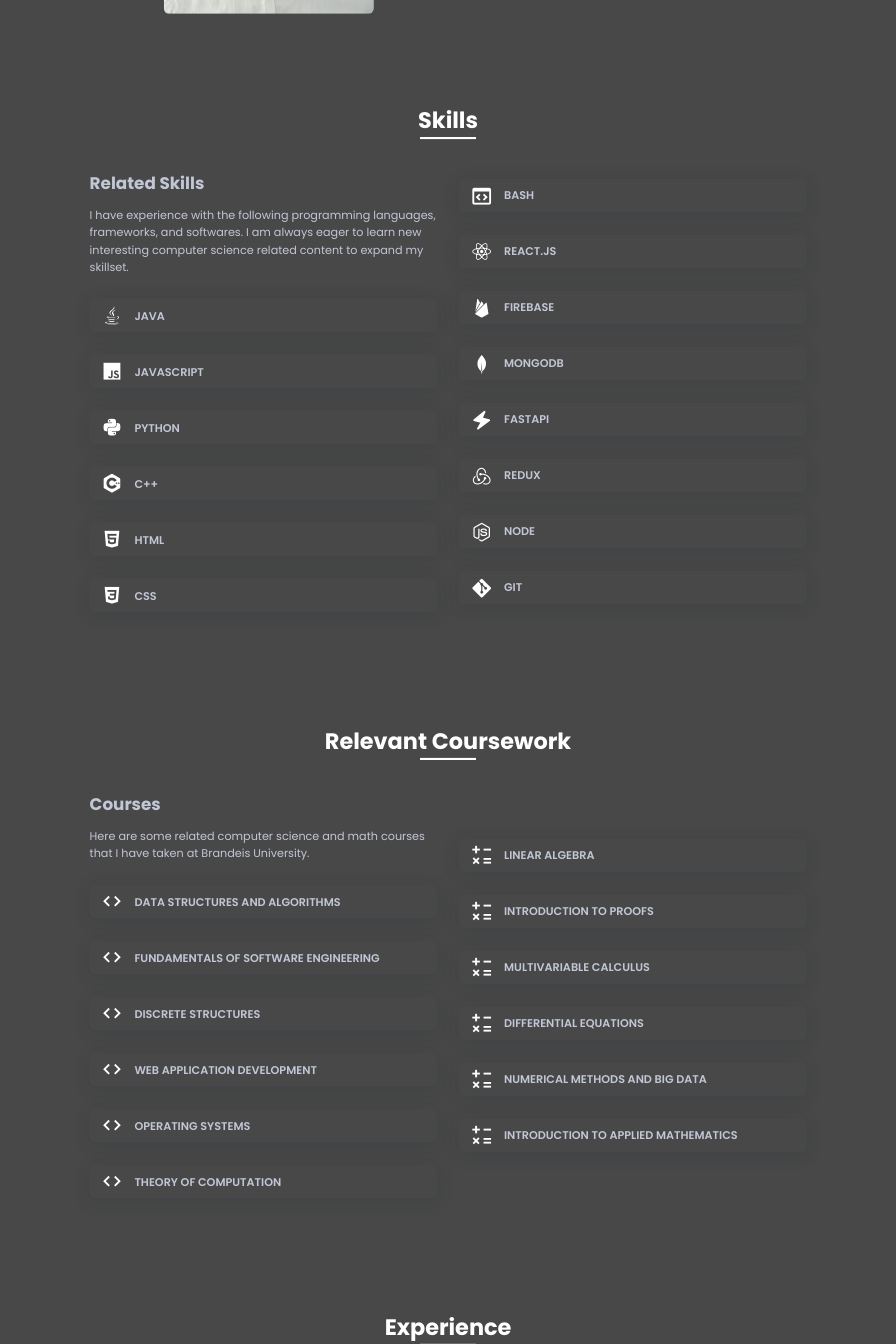
Repository: joshliu14/joshliu14.github.io
Page: index.html
An editor plug-in stored every save of this project. The page is shown before and after the next save, followed by the edit.
The browser window is 1280 px wide. The pictures show the part of the page from y = 1094 to 3014 px (the page is 5457 px tall before and 5434 px after), at 70% of full size.

Above is the page before, as saved 2024-02-01 03:24:28.

After the next save:
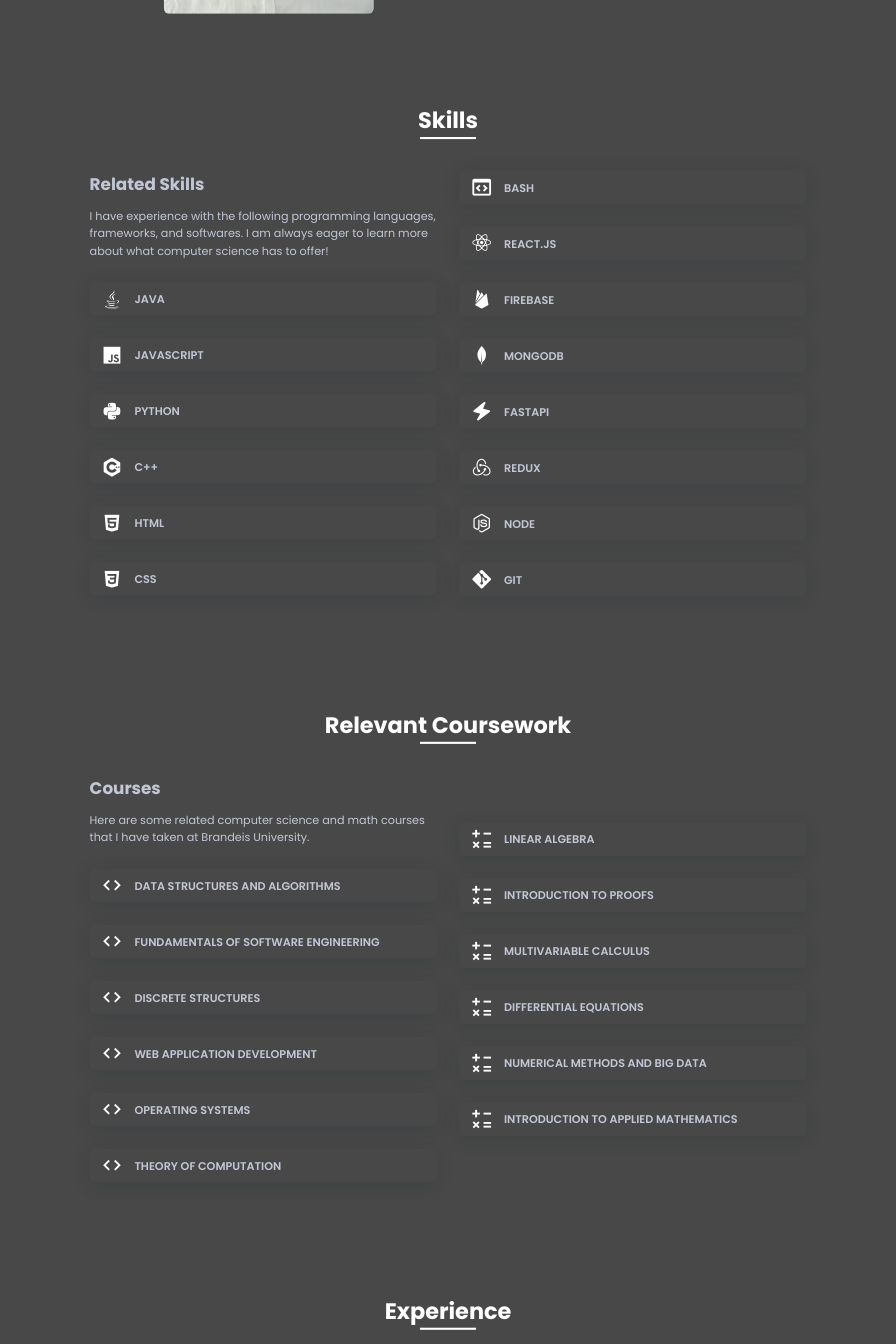
Saved 47 s later.
--- a/index.html
+++ b/index.html
@@ -139,8 +139,8 @@
             <h2 class="skills__subtitle">Related Skills</h2>
             <p class="skills__text">
                 I have experience with the following programming languages,
-                frameworks, and softwares. I am always eager to learn new
-                interesting computer science related content to expand my skillset.
+                frameworks, and softwares. I am always eager to learn more
+                about what computer science has to offer!
             </p>
             <div class="skills__data">
               <div class="skills__names">
